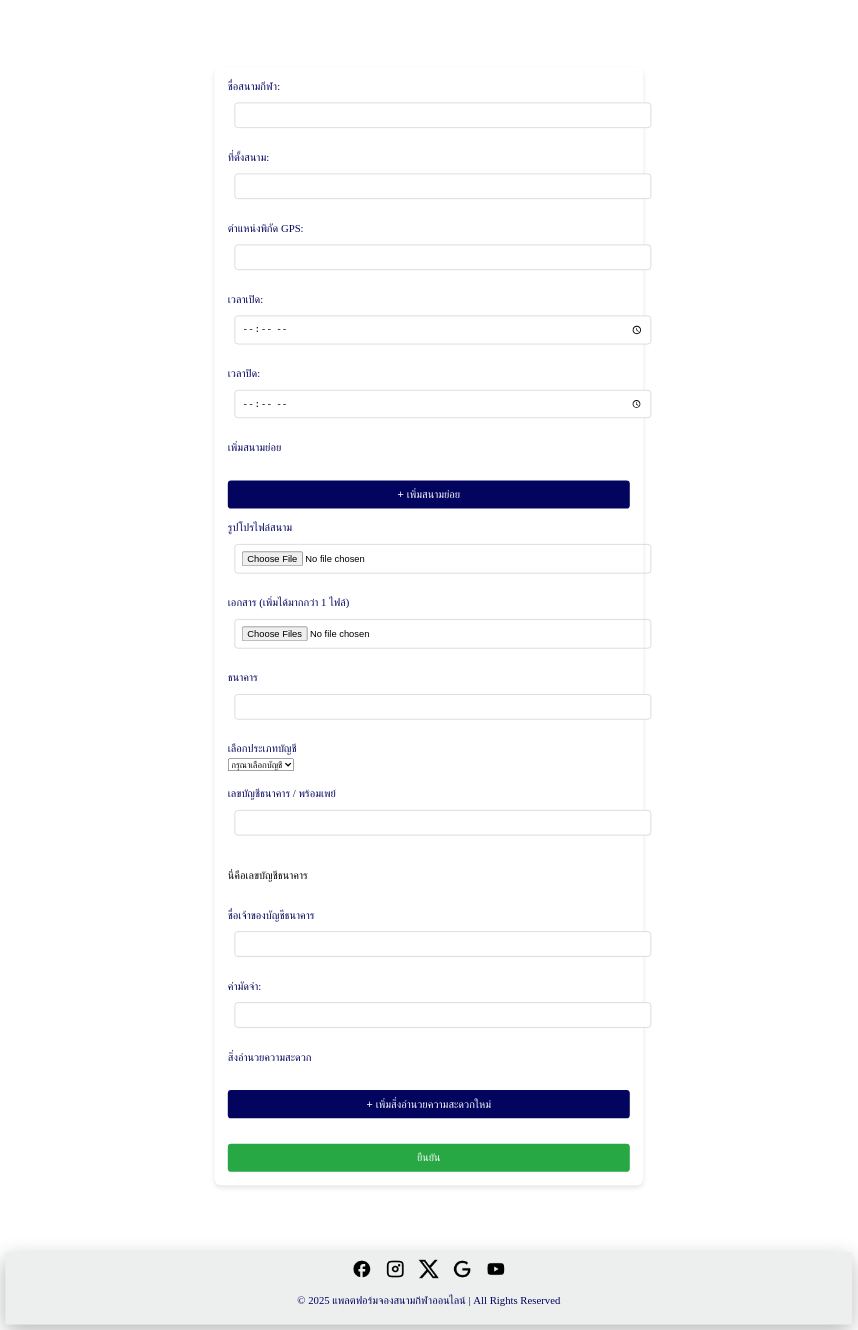
Repository: narawit101/project2
Page: /register-field (app in frontend/)
The author's editor kept a copy of each file at every save. The page is drawn from the files as they stood at one save, then again after the next save.
The browser window is 1280 px wide. The pictures show the whole page, at 67% of full size.
The page's requests for data from a server got no answer. The project was rebuilt for these pictures with package versions that can differ from the ones it lists, and the page was loaded fresh each time. The framework's server and built-in components were replaced by stand-ins that run in the browser. No one was signed in, and anything a server would have sent is missing. Also part of the build but not shown: frontend/next.config.js, frontend/next.config.mjs, frontend/src/app/globals.css.

Above is the page before, as saved 2025-03-19 11:52:38.

After the next save:
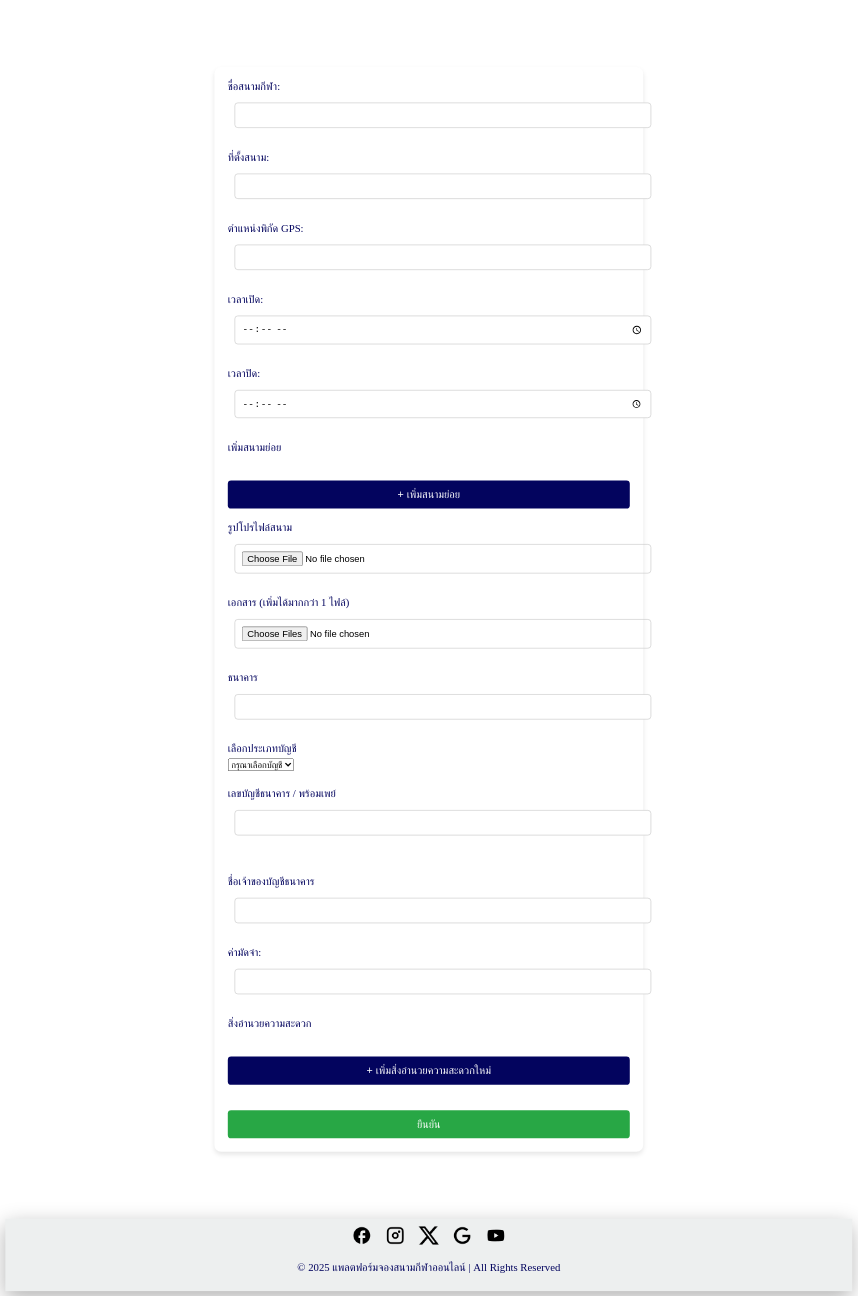
Saved 21 s later.
--- a/frontend/src/app/components/RegisterFieldForm.jsx
+++ b/frontend/src/app/components/RegisterFieldForm.jsx
@@ -466,11 +466,6 @@ export default function RegisterFieldForm() {
         </div>
 
         <div className="input-group">
-          <p>
-            {fieldData.name_bank === "พร้อมเพย์"
-              ? "นี่คือหมายเลขพร้อมเพย์"
-              : "นี่คือเลขบัญชีธนาคาร"}
-          </p>
         </div>
 
         <div className="input-group">
